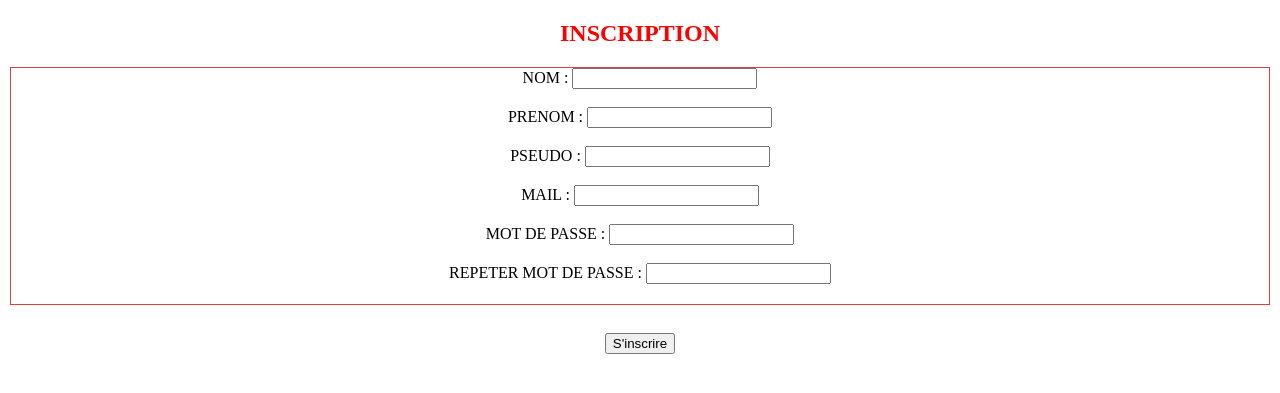
Repository: Aoua1414/JavaDeAoua
Page: http://localhost/MonServletJsp/Inscrire.jsp
The author's editor kept a copy of each file at every save. The page is drawn from the files as they stood at one save, then again after the next save.
The browser window is 1280 px wide. The pictures show the whole page.
The page is served by Tomcat 9. Nobody is signed in. The application's start-up code is not run. Other server files are loaded and not shown.

Above is the page before, as saved 2022-07-25 14:17:22.

### ODC/MonServletJsp/src/main/webapp/Inscrire.jsp
<%@ page language="java" contentType="text/html; charset=UTF-8"
    pageEncoding="UTF-8"%>
<!DOCTYPE html>
<html>
<head>
<link rel="stylesheet" href="aoua.css" type="text/css">
<meta charset="UTF-8">
<title>Inscription</title>
</head>
<body>
<h2>INSCRIPTION</h2>

    <form method="post"  action = "Accueil">
    <fieldset>
     <div>
    <label for= "nom" > NOM :</label>
    <input type="text" id= "nom" name="nom"/>
    </div>
    <div>
    <br>
     <label for= "prenom" > PRENOM :</label>
    <input type="text" />
    </div>

    <div>
    <br>
     <label for= "pseudo" > PSEUDO :</label>
    <input type="text" />
    </div>

    <div>
    <br>
     <label for= "mail" > MAIL :</label>
    <input type="text" />
    </div>

    <div>
    <br>
     <label for= "pass" > MOT DE PASSE :</label>
    <input type="text" />
    </div>

    <div>
    <br>
     <label for= "repeter" > REPETER MOT DE PASSE :</label>
    <input type="text" />
    </div>
    </fieldset>
    <br>
    <button type="submit">S'inscrire</button>



    </form>

<p>

</p>
</body>
</html>

### ODC/MonServletJsp/src/main/webapp/aoua.css

h2{
	color:red;

}
body {

	text-align : center;
}
fieldset {
 padding:0 20px 20px 20px;
 margin-bottom:10px;
 border:1px solid #DF3F3F;
 }

After the next save:
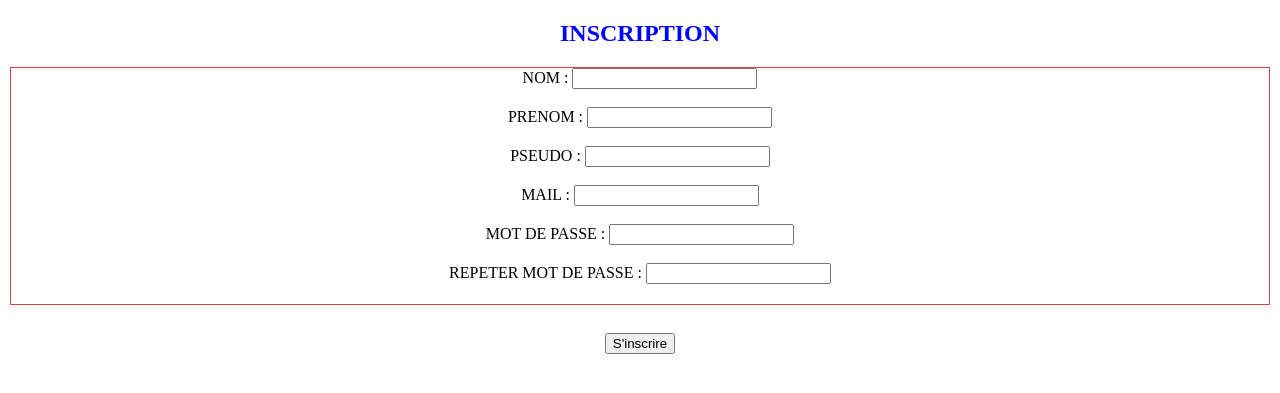
Saved 41 s later.
--- a/ODC/MonServletJsp/src/main/webapp/aoua.css
+++ b/ODC/MonServletJsp/src/main/webapp/aoua.css
@@ -1,6 +1,6 @@
 
 h2{
-	color:red;
+	color:blue;
 
 }
 body {
